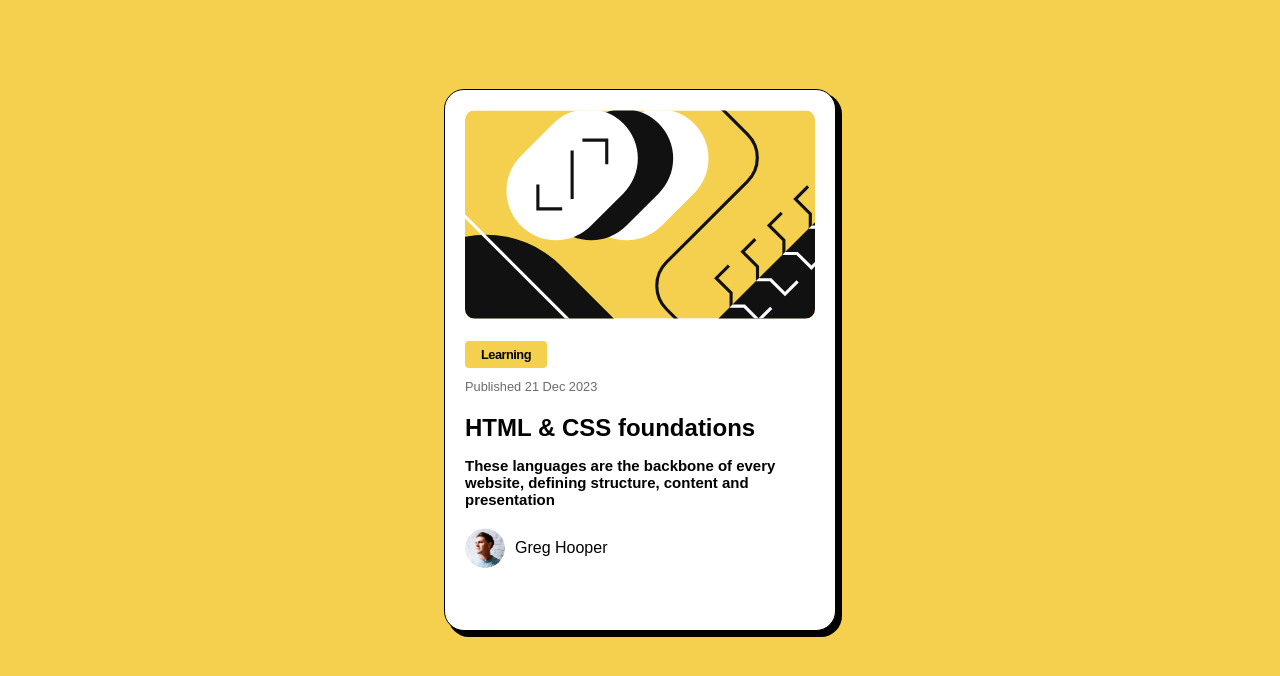
Repository: brandontaylor1/blogpreviewcard
Page: index.html
These files come from the project's save history. The page is drawn as it stood at one moment and after a run of saves; the edit follows.
The browser window is 1280 px wide. The pictures show the whole page.

Above is the page before, as saved 2024-12-25 11:51:11.

After the next 4 saves:
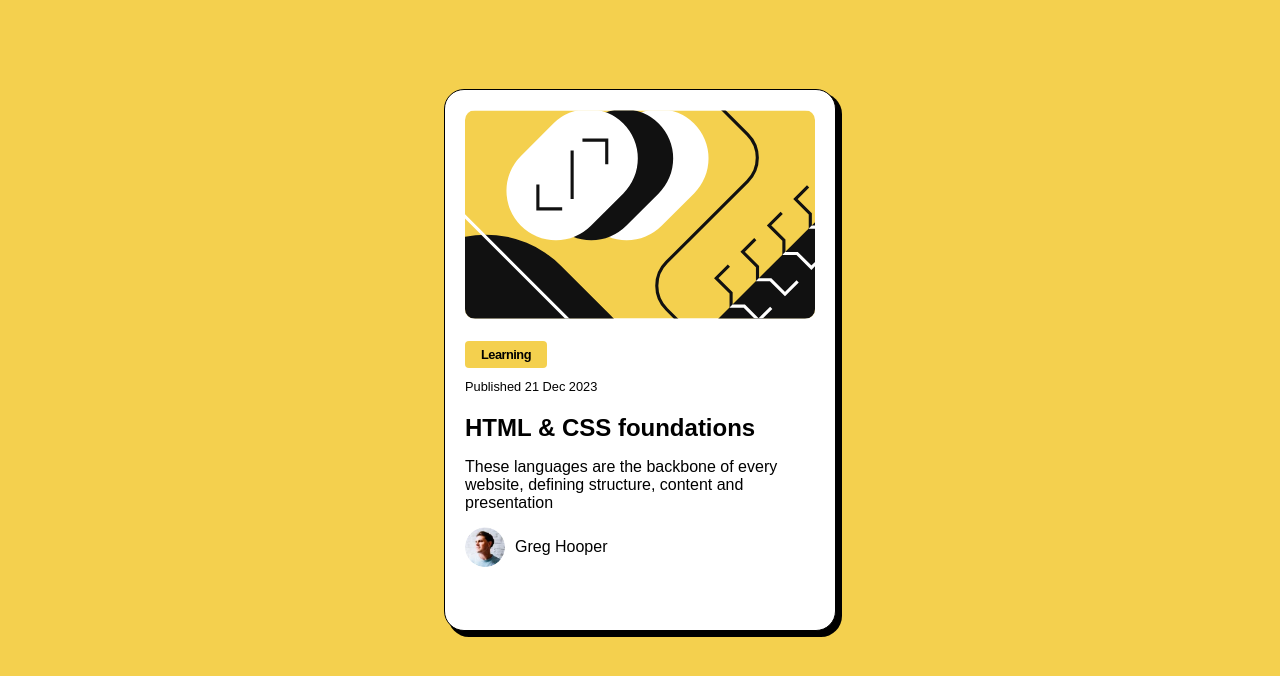
The 4 saves are shown as one change because they came seconds apart.
The last was saved 10 s later.
--- a/index.css
+++ b/index.css
@@ -81,9 +81,10 @@ body {
     margin-bottom: 10px;
 }
 
-.card-content-text p {
-    font-size: .8rem;
-    color: var(--primary-gray-reg);
+.card-content-text h3 {
+    font-size: 1rem;
+    font-family: var(--main-font-family);
+    font-weight: var(--main-font-weight-reg);
     margin-bottom: 10px;
 }
 
